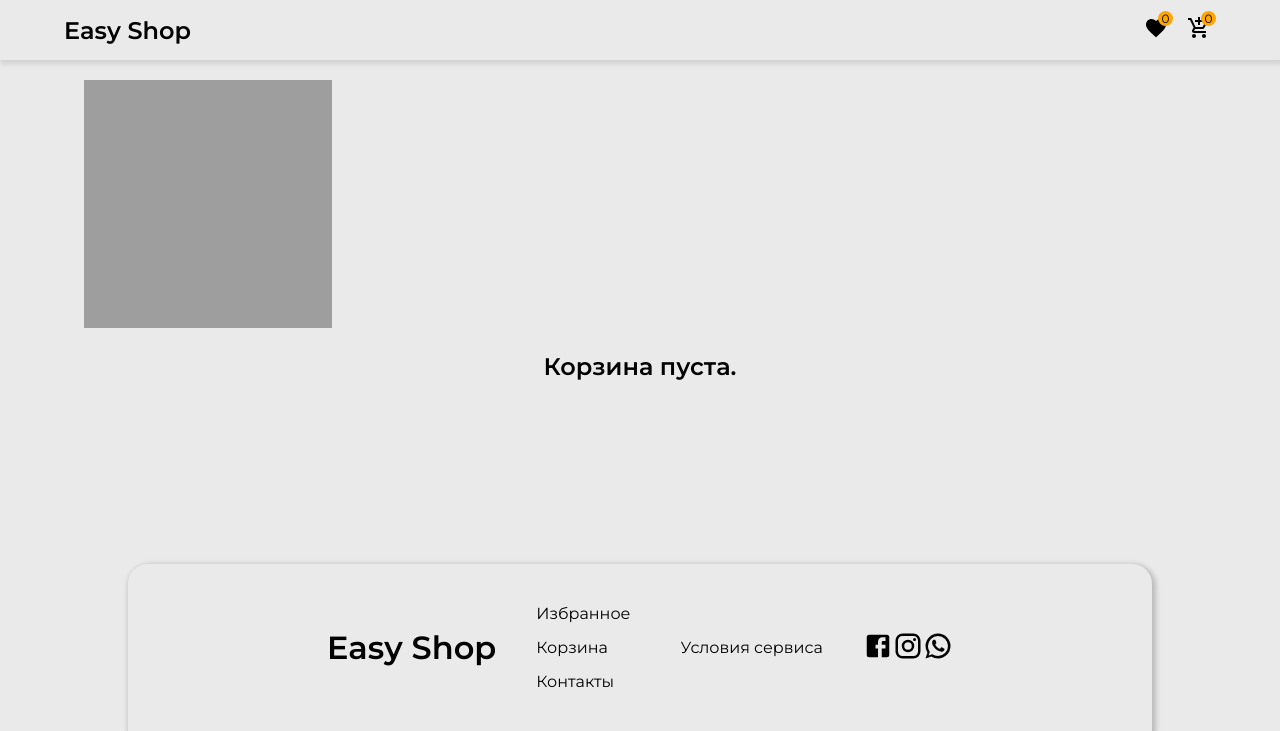
Repository: Nurlan-Bakenbaev/Easy-Shop-Firebase
Page: /cart
An editor plug-in stored every save of this project. The page is shown before and after a run of saves, followed by the edit.
The browser window is 1280 px wide. The pictures show the whole page.
Pictures or frames that could not be fetched are drawn as grey boxes. The project was rebuilt for these pictures with package versions that can differ from the ones it lists, and the page was loaded fresh each time. Also part of the build but not shown: vite.config.js, src/App.css, src/components/banner/Banner.css, src/components/banner/Banner.jsx, src/components/Card.css, src/components/Card.jsx, src/config/firebase.js, src/components/pages/Home.jsx and 12 more.

Above is the page before, as saved 2023-08-16 22:06:34.

After the next 7 saves:
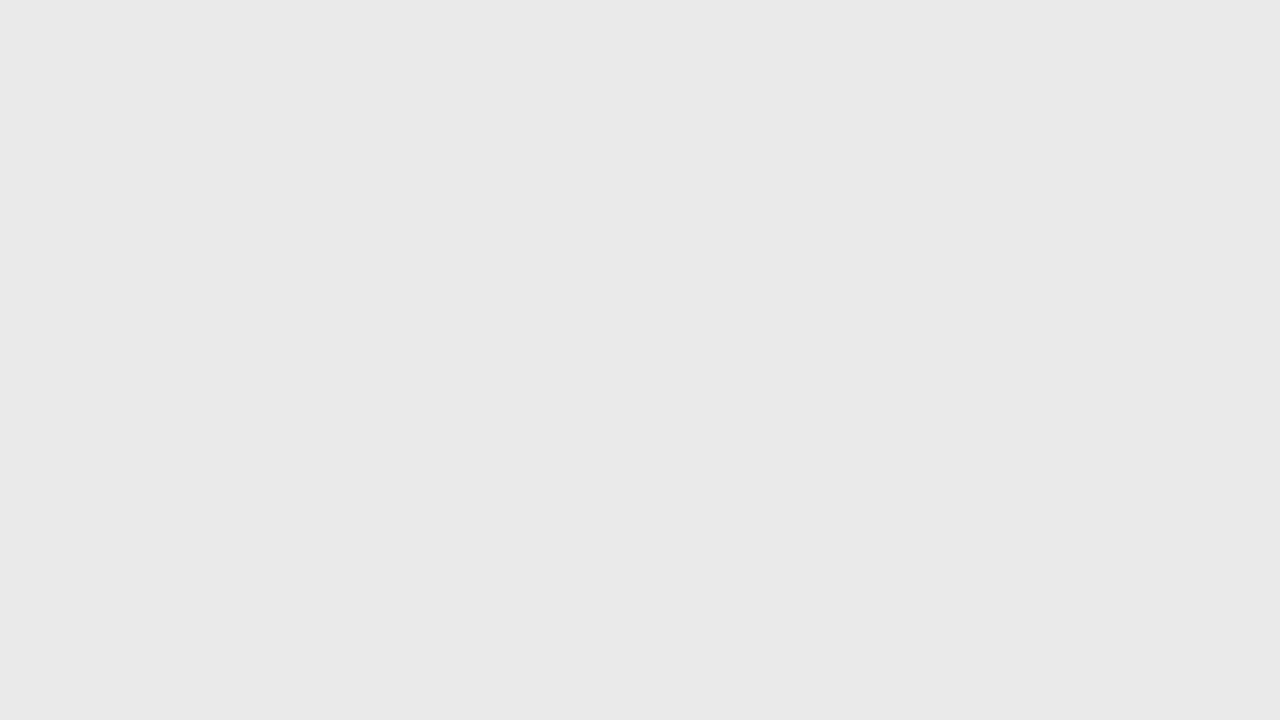
Console error: ReferenceError: fle is not defined
The 7 saves are shown as one change because they came seconds apart.
The last was saved 16 s later.
--- a/src/components/pages/CartPage/Cart.jsx
+++ b/src/components/pages/CartPage/Cart.jsx
@@ -10,7 +10,7 @@
 }) => {
   if (!cartItem || cartItem.length === 0) {
     return (
-      <div>
+      <div style={{display:fle}}>
         <img style={{width:'40vh', height:'40vh', padding:'20px'}} src='https://firebasestorage.googleapis.com/v0/b/kleinerladen-6644f.appspot.com/o/Illustration.png?alt=media&token=533dcc39-1e48-4d73-9b09-15d122d75f39' alt="Пустая Корзина" />
         <h2 style={{ textAlign: "center" }}>Корзина пуста.</h2>
       </div>

After the 6 saves that followed:
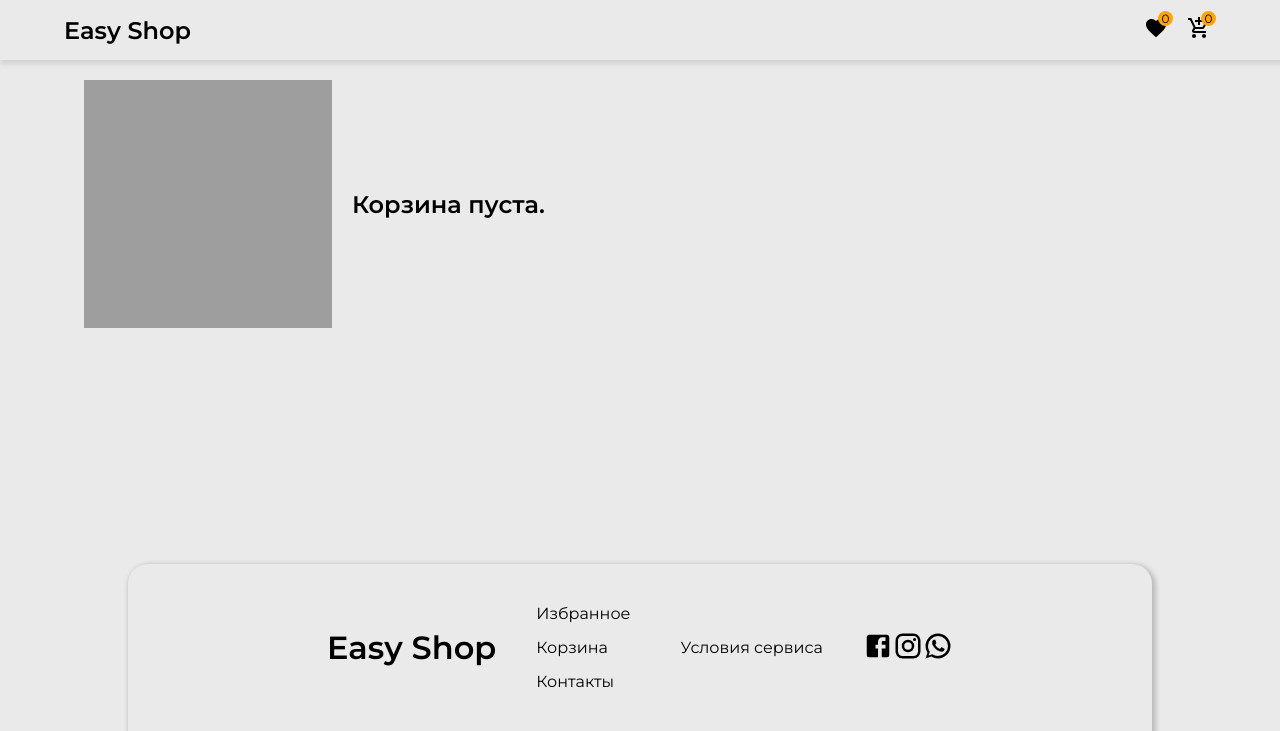
The error is gone.
The 6 saves are shown as one change because they came seconds apart.
The last was saved 13 s later.
--- a/src/components/pages/CartPage/Cart.jsx
+++ b/src/components/pages/CartPage/Cart.jsx
@@ -10,7 +10,7 @@
 }) => {
   if (!cartItem || cartItem.length === 0) {
     return (
-      <div style={{display:fle}}>
+      <div style={{display:'flex',alignItems:'center'}}>
         <img style={{width:'40vh', height:'40vh', padding:'20px'}} src='https://firebasestorage.googleapis.com/v0/b/kleinerladen-6644f.appspot.com/o/Illustration.png?alt=media&token=533dcc39-1e48-4d73-9b09-15d122d75f39' alt="Пустая Корзина" />
         <h2 style={{ textAlign: "center" }}>Корзина пуста.</h2>
       </div>
